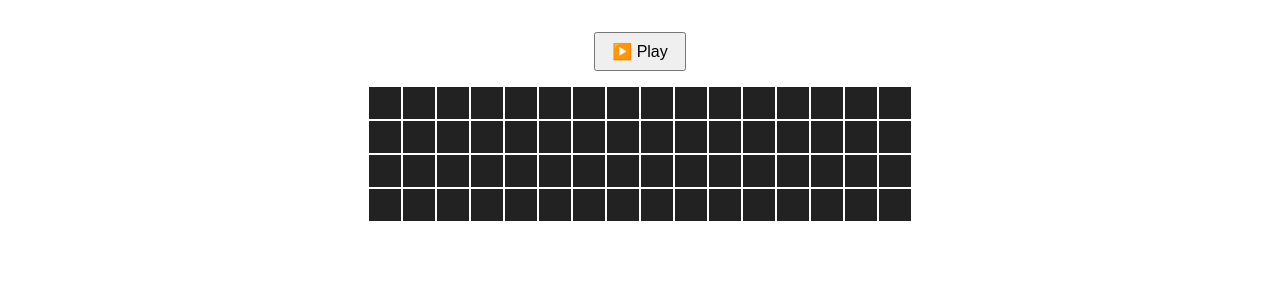
Repository: Aldentec/8-bit-Composer
Page: index.html
The author's editor kept a copy of each file at every save. The page is drawn from the files as they stood at one save, then again after the next save.
The browser window is 1280 px wide. The pictures show the whole page.
Some web libraries are served in a nearby version.

Above is the page before, as saved 2025-05-27 18:03:00.

### index.html
<!DOCTYPE html>
<html lang="en">
<head>
  <meta charset="UTF-8">
  <title>Modular 8-Bit Sequencer</title>
  <link rel="stylesheet" href="style.css">
</head>
<body>
  <div id="controls">
    <button id="play">▶️ Play</button>
  </div>
  <div id="grid"></div>

  <!-- Tone.js as global, then our modules -->
  <script src="node_modules/tone/build/Tone.js"></script>
  <script type="module" src="js/main.js"></script>
</body>
</html>

### style.css
body {
  font-family: sans-serif;
  text-align: center;
  margin: 2rem;
}
#grid {
  display: grid;
  grid-template-columns: repeat(16, 2rem);
  gap: 2px;
  margin-top: 1rem;
  justify-content: center;
}
.cell {
  width: 2rem; height: 2rem;
  background: #222;
  cursor: pointer;
}
.cell.active {
  background: #4caf50;
}
button {
  padding: 0.5rem 1rem;
  font-size: 1rem;
}

### js/main.js
// Constants
const STEPS    = 16;
const CHANNELS = 4;

// 1) Build a 2D grid state array
const gridState = Array.from(
  { length: CHANNELS },
  () => Array(STEPS).fill(false)
);

// 2) Render the grid UI
const gridEl = document.getElementById('grid');
gridEl.innerHTML = '';  // ensure it’s empty

for (let row = 0; row < CHANNELS; row++) {
  for (let step = 0; step < STEPS; step++) {
    const cell = document.createElement('div');
    cell.className = 'cell';
    cell.dataset.row  = row;
    cell.dataset.step = step;
    cell.addEventListener('click', () => {
      gridState[row][step] = !gridState[row][step];
      cell.classList.toggle('active', gridState[row][step]);
    });
    gridEl.append(cell);
  }
}

// 3) Create your four chip voices
const osc1 = new Tone.Oscillator(440, 'square').toDestination();
const osc2 = new Tone.Oscillator(330, 'square').toDestination();
const osc3 = new Tone.Oscillator(220, 'triangle').toDestination();
const noiseSynth = new Tone.NoiseSynth({
  noise:    { type: 'white' },
  envelope: { attack: 0.001, decay: 0.2, sustain: 0 }
}).toDestination();

// 4) Wrap each in a trigger function
const voices = [
  time => { osc1.start(time);       osc1.stop(time + 0.1); },
  time => { osc2.start(time);       osc2.stop(time + 0.1); },
  time => { osc3.start(time);       osc3.stop(time + 0.1); },
  time => { noiseSynth.triggerAttackRelease('16n', time); }
];

// 5) Sequencer scheduling
let cursor = 0;
Tone.Transport.bpm.value = 120;

Tone.Transport.scheduleRepeat((time) => {
  const step = cursor % STEPS;
  voices.forEach((triggerFn, row) => {
    if (gridState[row][step]) {
      triggerFn(time);
    }
  });
  cursor++;
}, '16n');

// 6) Play/Pause button
const btn = document.getElementById('play');
btn.addEventListener('click', async () => {
  await Tone.start();  // unlock audio

  if (Tone.Transport.state === 'started') {
    Tone.Transport.stop();
    btn.textContent = '▶️ Play';
  } else {
    cursor = 0;
    Tone.Transport.start();
    btn.textContent = '⏸️ Pause';
  }
});

### js/sequencer.js
import { STEPS, gridState } from './grid.js';

export function initSequencer(voices, bpm = 120) {
  let cursor = 0;
  Tone.Transport.bpm.value = bpm;

  Tone.Transport.scheduleRepeat((time) => {
    const step = cursor % STEPS;
    voices.forEach((trigger, row) => {
      if (gridState[row][step]) trigger(time);
    });
    cursor++;
  }, '16n');
}

### js/grid.js
export const STEPS    = 16;
export const CHANNELS = 4;

// gridState[row][step]
export const gridState = Array.from(
  { length: CHANNELS },
  () => Array(STEPS).fill(false)
);

export function initGrid(containerId) {
  const gridEl = document.getElementById(containerId);
  gridEl.innerHTML = '';
  for (let row = 0; row < CHANNELS; row++) {
    for (let step = 0; step < STEPS; step++) {
      const cell = document.createElement('div');
      cell.className = 'cell';
      cell.dataset.row  = row;
      cell.dataset.step = step;
      cell.addEventListener('click', () => {
        gridState[row][step] = !gridState[row][step];
        cell.classList.toggle('active', gridState[row][step]);
      });
      gridEl.append(cell);
    }
  }
}

### js/voices.js
export function createVoices() {
  const osc1 = new Tone.Oscillator(440, 'square').toDestination();
  const osc2 = new Tone.Oscillator(330, 'square').toDestination();
  const osc3 = new Tone.Oscillator(220, 'triangle').toDestination();
  const noise = new Tone.NoiseSynth({
    noise:    { type: 'white' },
    envelope: { attack: 0.001, decay: 0.2, sustain: 0 }
  }).toDestination();

  return [
    time => { osc1.start(time); osc1.stop(time + 0.1); },
    time => { osc2.start(time); osc2.stop(time + 0.1); },
    time => { osc3.start(time); osc3.stop(time + 0.1); },
    time => { noise.triggerAttackRelease('16n', time); }
  ];
}

After the next save:
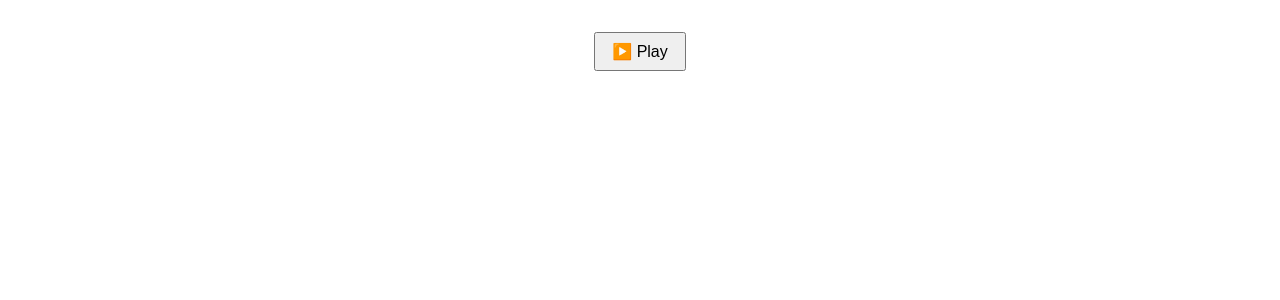
Console error (its wording comes from the project's code and is left out).
Saved 2 min 54 s later.
--- a/js/main.js
+++ b/js/main.js
@@ -1,73 +1,16 @@
-// Constants
-const STEPS    = 16;
-const CHANNELS = 4;
+// js/main.js
+import { initGrid } from './grid.js';
+import { createVoices } from './grid.js';
+import { initSequencer, bindPlayButton } from './sequencer.js';
 
-// 1) Build a 2D grid state array
-const gridState = Array.from(
-  { length: CHANNELS },
-  () => Array(STEPS).fill(false)
-);
+// 1) Render the grid into the <div id="grid">
+initGrid('grid');
 
-// 2) Render the grid UI
-const gridEl = document.getElementById('grid');
-gridEl.innerHTML = '';  // ensure it’s empty
+// 2) Create your array of voice-trigger functions
+const voices = createVoices();
 
-for (let row = 0; row < CHANNELS; row++) {
-  for (let step = 0; step < STEPS; step++) {
-    const cell = document.createElement('div');
-    cell.className = 'cell';
-    cell.dataset.row  = row;
-    cell.dataset.step = step;
-    cell.addEventListener('click', () => {
-      gridState[row][step] = !gridState[row][step];
-      cell.classList.toggle('active', gridState[row][step]);
-    });
-    gridEl.append(cell);
-  }
-}
+// 3) Initialize the sequencer (uses Tone.Transport under the hood)
+initSequencer(voices, /* bpm= */ 120);
 
-// 3) Create your four chip voices
-const osc1 = new Tone.Oscillator(440, 'square').toDestination();
-const osc2 = new Tone.Oscillator(330, 'square').toDestination();
-const osc3 = new Tone.Oscillator(220, 'triangle').toDestination();
-const noiseSynth = new Tone.NoiseSynth({
-  noise:    { type: 'white' },
-  envelope: { attack: 0.001, decay: 0.2, sustain: 0 }
-}).toDestination();
-
-// 4) Wrap each in a trigger function
-const voices = [
-  time => { osc1.start(time);       osc1.stop(time + 0.1); },
-  time => { osc2.start(time);       osc2.stop(time + 0.1); },
-  time => { osc3.start(time);       osc3.stop(time + 0.1); },
-  time => { noiseSynth.triggerAttackRelease('16n', time); }
-];
-
-// 5) Sequencer scheduling
-let cursor = 0;
-Tone.Transport.bpm.value = 120;
-
-Tone.Transport.scheduleRepeat((time) => {
-  const step = cursor % STEPS;
-  voices.forEach((triggerFn, row) => {
-    if (gridState[row][step]) {
-      triggerFn(time);
-    }
-  });
-  cursor++;
-}, '16n');
-
-// 6) Play/Pause button
-const btn = document.getElementById('play');
-btn.addEventListener('click', async () => {
-  await Tone.start();  // unlock audio
-
-  if (Tone.Transport.state === 'started') {
-    Tone.Transport.stop();
-    btn.textContent = '▶️ Play';
-  } else {
-    cursor = 0;
-    Tone.Transport.start();
-    btn.textContent = '⏸️ Pause';
-  }
-});
+// 4) Wire up the Play/Pause button
+bindPlayButton('play');

After the 4 saves that followed:
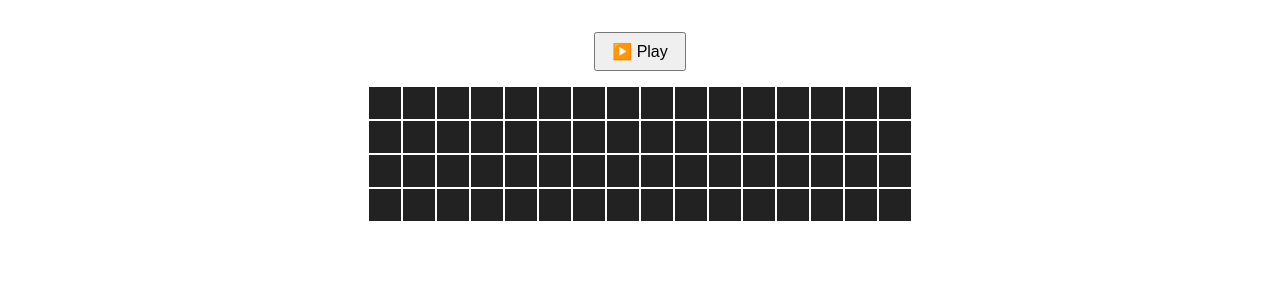
The error is gone.
The 4 saves are shown as one change because 3 left the picture as it was.
The last was saved 3 min 50 s later.
--- a/js/main.js
+++ b/js/main.js
@@ -1,16 +1,19 @@
 // js/main.js
-import { initGrid } from './grid.js';
-import { createVoices } from './grid.js';
+
+import { initGrid }            from './grid.js';
+import { createVoices }        from './voices.js';
 import { initSequencer, bindPlayButton } from './sequencer.js';
 
-// 1) Render the grid into the <div id="grid">
-initGrid('grid');
+document.addEventListener('DOMContentLoaded', async () => {
+  // 1) draw the 4×16 grid
+  initGrid('grid');
 
-// 2) Create your array of voice-trigger functions
-const voices = createVoices();
+  // 2) build your voices
+  const voices = createVoices();
 
-// 3) Initialize the sequencer (uses Tone.Transport under the hood)
-initSequencer(voices, /* bpm= */ 120);
+  // 3) start the scheduler at 120 BPM
+  initSequencer(voices, 120);
 
-// 4) Wire up the Play/Pause button
-bindPlayButton('play');
+  // 4) hook up Play/Pause on the ▶️ button
+  bindPlayButton('play');
+});
--- a/js/sequencer.js
+++ b/js/sequencer.js
@@ -1,9 +1,9 @@
+// js/sequencer.js
 import { STEPS, gridState } from './grid.js';
 
 export function initSequencer(voices, bpm = 120) {
   let cursor = 0;
   Tone.Transport.bpm.value = bpm;
-
   Tone.Transport.scheduleRepeat((time) => {
     const step = cursor % STEPS;
     voices.forEach((trigger, row) => {
@@ -12,3 +12,18 @@ export function initSequencer(voices, bpm = 120) {
     cursor++;
   }, '16n');
 }
+
+export function bindPlayButton(buttonId) {
+  const btn = document.getElementById(buttonId);
+  btn.textContent = '▶️ Play';
+  btn.addEventListener('click', async () => {
+    await Tone.start();
+    if (Tone.Transport.state === 'started') {
+      Tone.Transport.stop();
+      btn.textContent = '▶️ Play';
+    } else {
+      Tone.Transport.start();
+      btn.textContent = '⏸️ Pause';
+    }
+  });
+}
